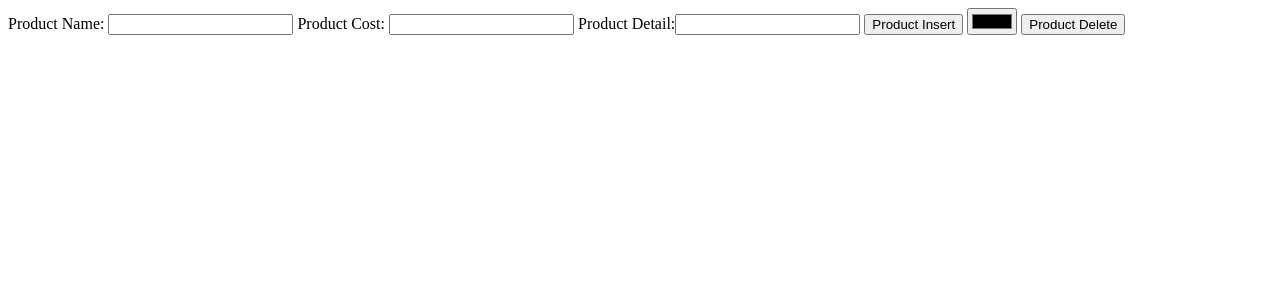
Repository: Shivaabhai/OnlineTest
Page: http://localhost/FrontEndProject/views/product.jsp
An editor plug-in stored every save of this project. The page is shown before and after the next save, followed by the edit.
The browser window is 1280 px wide. The pictures show the whole page.
The page is served by Tomcat 9.

Above is the page before, as saved 2018-11-11 04:36:09.

After the next save:
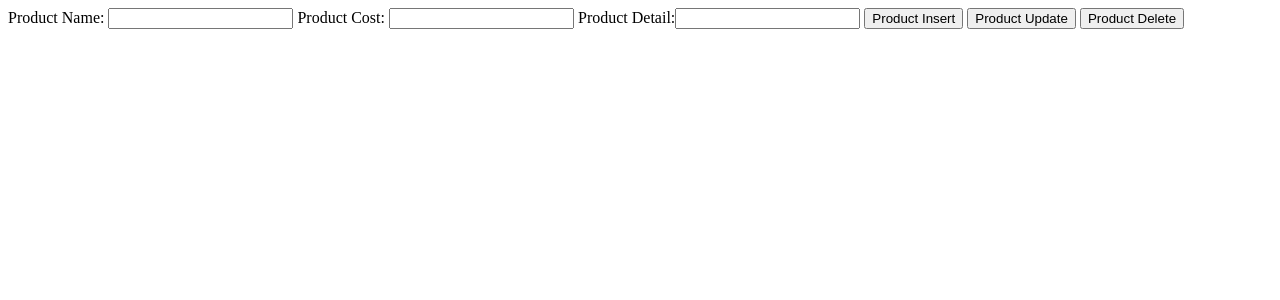
Saved 62 s later.
--- a/FrontEndProject/src/main/webapp/views/product.jsp
+++ b/FrontEndProject/src/main/webapp/views/product.jsp
@@ -12,10 +12,12 @@
 
 Product Name: <input type="text" name="pName"/>
 Product Cost: <input type="text" name="pCost"/>
-Product Detail:<input type="text" name="pinfo"/>
+Product Detail:<input type="text" name="pInfo"/>
 
 <input type="submit" value="Product Insert"/>
-<input type="color" value="Product Update"/>
+<b></b>
+<input type="submit" value="Product Update"/>
+<b></b>
 <input type="submit" value="Product Delete"/>
 </form>
 
